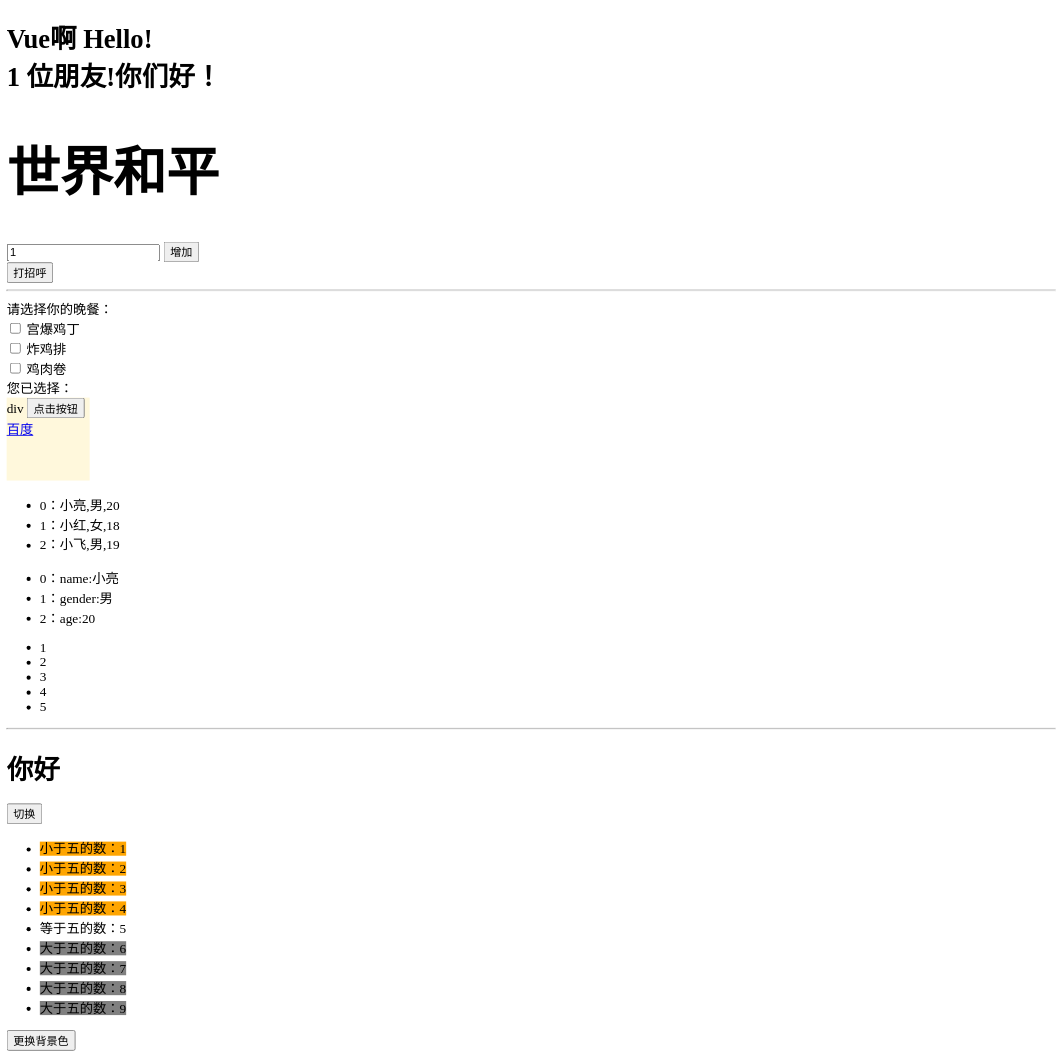
Repository: SOROoi/Web_front-end
Page: Web01_Vue/src/main/webapp/index.html
An editor plug-in stored every save of this project. The page is shown before and after the next save, followed by the edit.
The browser window is 1280 px wide. The pictures show the whole page, at 83% of full size.

Above is the page before, as saved 2020-07-15 04:41:55.

After the next save:
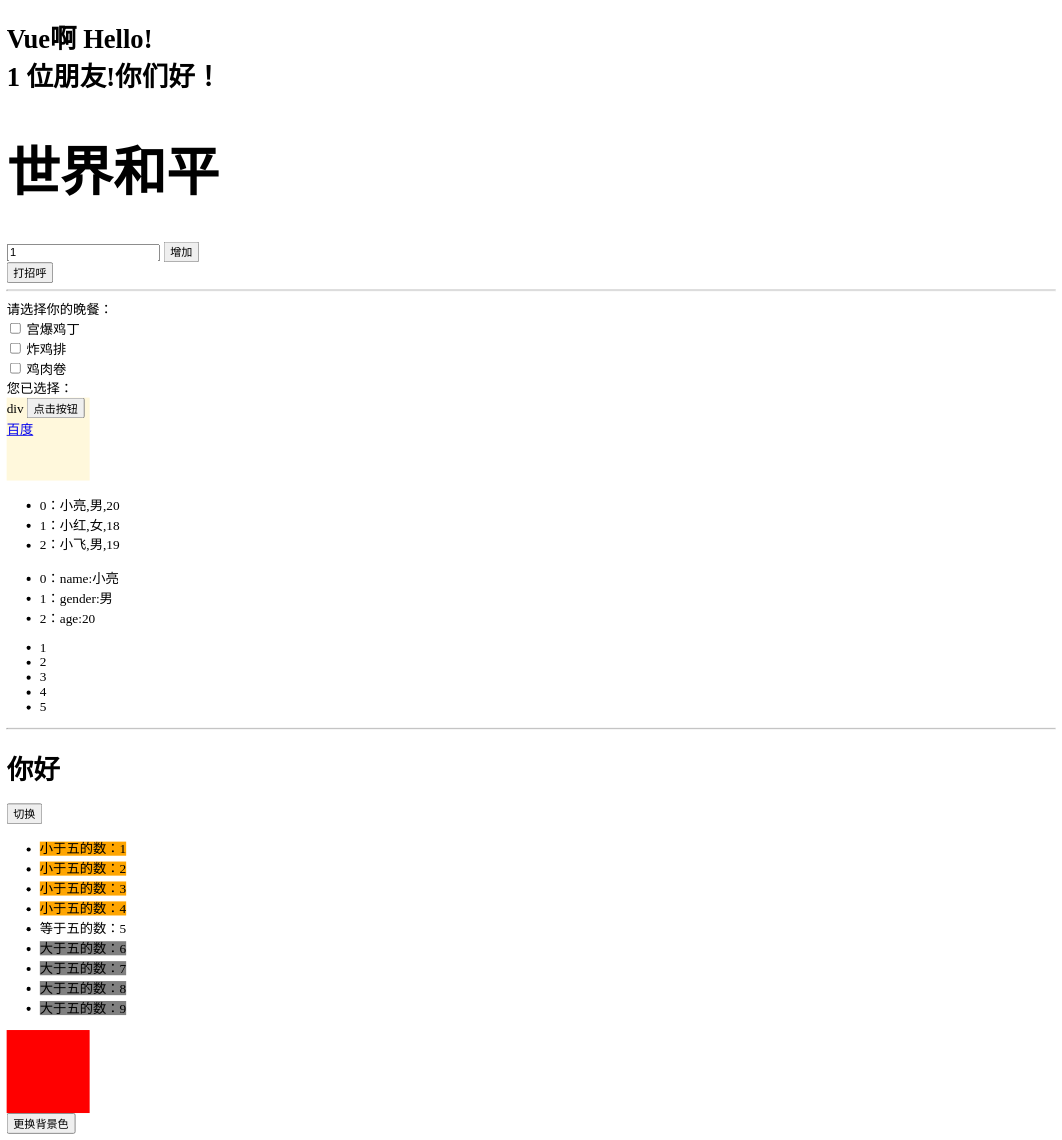
Saved 7 s later.
--- a/Web01_Vue/src/main/webapp/index.html
+++ b/Web01_Vue/src/main/webapp/index.html
@@ -85,7 +85,7 @@
 		</ul>
 
 		<!-- v-bind -->
-		<div v-bind:class="blue"></div>
+		<div v-bind:class="color"></div>
 		<button @click="color">更换背景色</button>
 
 	</div>
